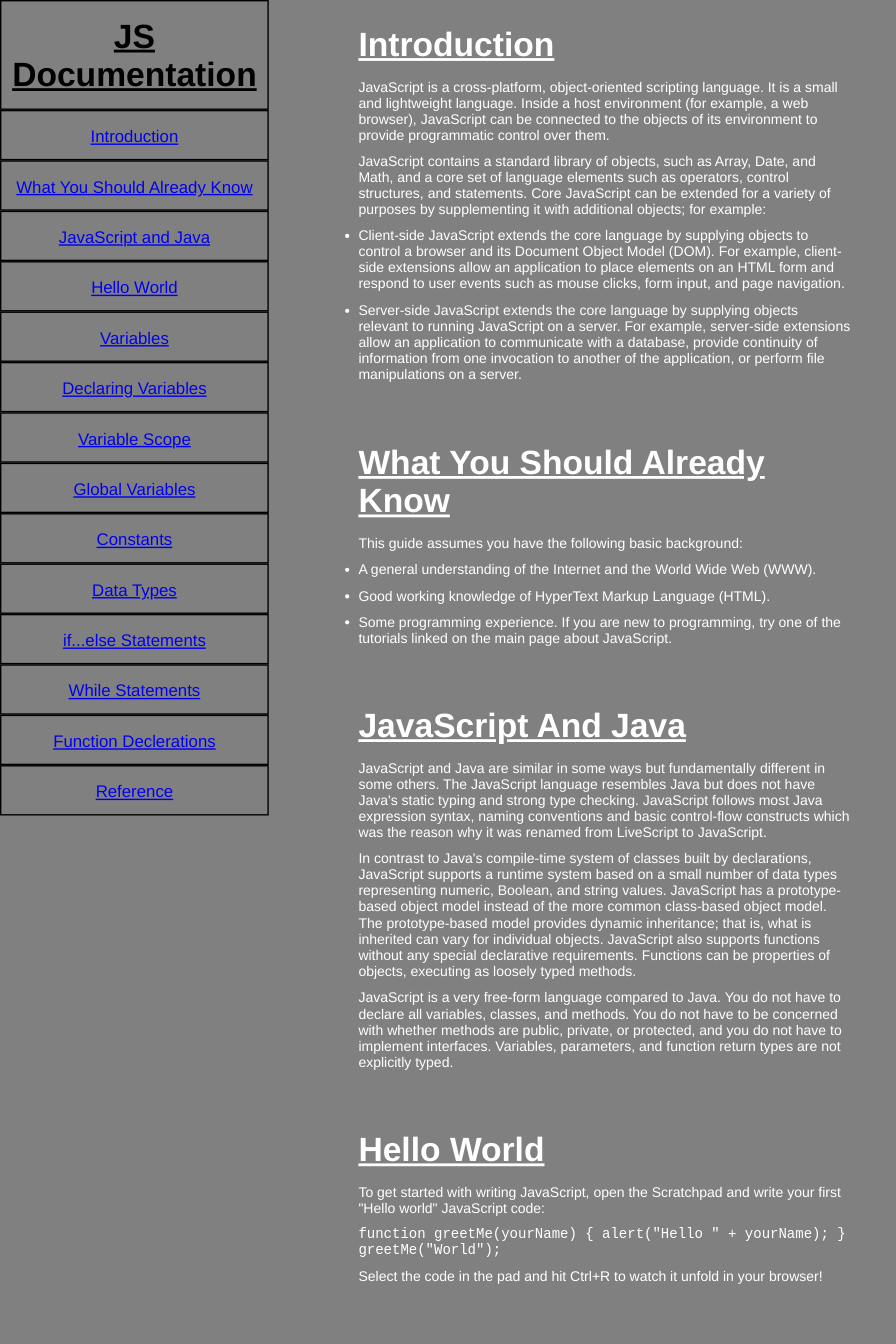
Repository: ctcoleman/technicalDocumentationPage
Page: index.html
The author's editor kept a copy of each file at every save. The page is drawn from the files as they stood at one save, then again after the next save.
The browser window is 1280 px wide. The pictures show the part of the page from y = 0 to 1920 px (the page is 6342 px tall), at 70% of full size.

Above is the page before, as saved 2020-07-10 20:04:47.

### index.html
<!DOCTYPE html>
<html lang="en">

<head>
  <meta charset="UTF-8">
  <meta name="viewport" content="width=device-width, initial-scale=1.0">
  <title>FCC: Technical Documentation Page</title>
  <link type="text/css" rel="stylesheet" href="/assets/stylesheets/style.css">
</head>

<body>

  <nav id="navbar">
    <header id="main-heading">
      <h1>JS Documentation</h1>
    </header>
    <div class="nav-container">
      <a class="nav-link" href="#introduction">Introduction</a>
      <a class="nav-link" href="#what_you_should_already_know">What You Should Already Know</a>
      <a class="nav-link" href="#javaScript_and_java">JavaScript and Java</a>
      <a class="nav-link" href="#hello_world">Hello World</a>
      <a class="nav-link" href="#variables">Variables</a>
      <a class="nav-link" href="#declaring_variables">Declaring Variables</a>
      <a class="nav-link" href="#variable_scope">Variable Scope</a>
      <a class="nav-link" href="#global_variables">Global Variables</a>
      <a class="nav-link" href="#constants">Constants</a>
      <a class="nav-link" href="#data_types">Data Types</a>
      <a class="nav-link" href="#if...else_statements">if...else Statements</a>
      <a class="nav-link" href="#while_statements">While Statements</a>
      <a class="nav-link" href="#function_declerations">Function Declerations</a>
      <a class="nav-link" href="#reference">Reference</a>
    </div>
  </nav>

  <main id="main-doc">

    <section class="main-section" id="introduction">
      <header class="topic-header">
        <h2>Introduction</h2>
      </header>
      <article>
        <p>
          JavaScript is a cross-platform, object-oriented scripting language. It is a small and lightweight language.
          Inside a host environment (for example, a web browser), JavaScript can be connected to the objects of its
          environment to provide programmatic control over them.
        </p>
        <p>
          JavaScript contains a standard library of objects, such as Array, Date, and Math, and a core set of language
          elements such as operators, control structures, and statements. Core JavaScript can be extended for a variety
          of purposes by supplementing it with additional objects; for example:
        <ul>
          <li>Client-side JavaScript extends the core language by supplying objects to control a browser and its
            Document Object Model (DOM). For example, client-side extensions allow an application to place elements on
            an HTML form and respond to user events such as mouse clicks, form input, and page navigation.</li>
          <li>Server-side JavaScript extends the core language by supplying objects relevant to running JavaScript on a
            server. For example, server-side extensions allow an application to communicate with a database, provide
            continuity of information from one invocation to another of the application, or perform file manipulations
            on a server.</li>
        </ul>
        </p>
      </article>
    </section>

    <section class="main-section" id="what_you_should_already_know">
      <header class="topic-header">
        <h2>What You Should Already Know</h2>
      </header>
      <article>
        <p>
          This guide assumes you have the following basic background:
        <ul>
          <li>A general understanding of the Internet and the World Wide Web (WWW).
          </li>
          <li>Good working knowledge of HyperText Markup Language (HTML).
          </li>
          <li>Some programming experience. If you are new to programming, try one of the tutorials linked on the main
            page about JavaScript.
          </li>
        </ul>
        </p>
      </article>
    </section>

    <section class="main-section" id="javaScript_and_java">
      <header class="topic-header">
        <h2>JavaScript And Java</h2>
      </header>
      <article>
        <p>
          JavaScript and Java are similar in some ways but fundamentally different in some others. The JavaScript
          language resembles Java but does not have Java's static typing and strong type checking. JavaScript follows
          most Java expression syntax, naming conventions and basic control-flow constructs which was the reason why it
          was renamed from LiveScript to JavaScript.
        </p>
        <p>
          In contrast to Java's compile-time system of classes built by declarations, JavaScript supports a runtime
          system based on a small number of data types representing numeric, Boolean, and string values. JavaScript has
          a prototype-based object model instead of the more common class-based object model. The prototype-based model
          provides dynamic inheritance; that is, what is inherited can vary for individual objects. JavaScript also
          supports functions without any special declarative requirements. Functions can be properties of objects,
          executing as loosely typed methods.
        </p>
        <p>
          JavaScript is a very free-form language compared to Java. You do not have to declare all variables, classes,
          and methods. You do not have to be concerned with whether methods are public, private, or protected, and you
          do not have to implement interfaces. Variables, parameters, and function return types are not explicitly
          typed.
        </p>
      </article>
    </section>

    <section class="main-section" id="hello_world">
      <header class="topic-header">
        <h2>Hello World</h2>
      </header>
      <article>
        <p>
          To get started with writing JavaScript, open the Scratchpad and write your first "Hello world" JavaScript
          code:
        </p>
        <code>
          function greetMe(yourName) { alert("Hello " + yourName); }<br>
          greetMe("World");
        </code>
        <p>
          Select the code in the pad and hit Ctrl+R to watch it unfold in your browser!
        </p>
      </article>
    </section>

    <section class="main-section" id="variables">
      <header class="topic-header">
        <h2>Variables</h2>
      </header>
      <article>
        <p>
          You use variables as symbolic names for values in your application. The names of variables, called
          identifiers, conform to certain rules.
        </p>
        <p>
          A JavaScript identifier must start with a letter, underscore (_), or dollar sign ($); subsequent characters
          can also be digits (0-9). Because JavaScript is case sensitive, letters include the characters "A" through "Z"
          (uppercase) and the characters "a" through "z" (lowercase).
        </p>
        <p>
          You can use ISO 8859-1 or Unicode letters such as å and ü in identifiers. You can also use the Unicode escape
          sequences as characters in identifiers. Some examples of legal names are Number_hits, temp99, and _name.
        </p>
      </article>
    </section>

    <section class="main-section" id="declaring_variables">
      <header class="topic-header">
        <h2>Declaring Variables</h2>
      </header>
      <article>
        <p>
          You can declare a variable in three ways:
        </p>
        <p>
          With the keyword var. For example,
          <code> var x = 42</code>
          This syntax can be used to declare both local and global variables.
        </p>
        <p>
          By simply assigning it a value. For example,
          <code>x = 42</code>
          This always declares a global variable. It generates a strict JavaScript warning. You shouldn't use this
          variant.
        </p>
        <p>
          With the keyword let. For example,
          <code>let y = 13</code>
          This syntax can be used to declare a block scope local variable. See Variable scope below.
        </p>
      </article>
    </section>

    <section class="main-section" id="variable_scope">
      <header class="topic-header">
        <h2>Variable Scope</h2>
      </header>
      <article>
        <p>
          When you declare a variable outside of any function, it is called a global variable, because it is available
          to any other code in the current document. When you declare a variable within a function, it is called a local
          variable, because it is available only within that function.
        </p>
        <p>
          JavaScript before ECMAScript 2015 does not have block statement scope; rather, a variable declared within a
          block is local to the function (or global scope) that the block resides within. For example the following code
          will log 5, because the scope of x is the function (or global context) within which x is declared, not the
          block, which in this case is an if statement.
          <code>if (true) { var x = 5; } console.log(x); // 5</code>
        </p>
        <p>
          This behavior changes, when using the let declaration introduced in ECMAScript 2015.
          <code>if (true) { let y = 5; } console.log(y); // ReferenceError: y is not<br>
          defined</code>
        </p>
      </article>
    </section>

    <section class="main-section" id="global_variables">
      <header class="topic-header">
        <h2>Global Variables</h2>
      </header>
      <article>
        <p>
          Global variables are in fact properties of the global object. In web pages the global object is window, so you
          can set and access global variables using the window.variable syntax.
        </p>
        <p>
          Consequently, you can access global variables declared in one window or frame from another window or frame by
          specifying the window or frame name. For example, if a variable called phoneNumber is declared in a document,
          you can refer to this variable from an iframe as parent.phoneNumber.
        </p>
      </article>
    </section>

    <section class="main-section" id="constants">
      <header class="topic-header">
        <h2>Constants</h2>
      </header>
      <article>
        <p>
          You can create a read-only, named constant with the const keyword. The syntax of a constant identifier is the
          same as for a variable identifier: it must start with a letter, underscore or dollar sign and can contain
          alphabetic, numeric, or underscore characters.
          <code>const PI = 3.14;</code>
        </p>
        <p>
          A constant cannot change value through assignment or be re-declared while the script is running. It has to be
          initialized to a value.
          <br>
          The scope rules for constants are the same as those for let block scope variables. If the const keyword is
          omitted, the identifier is assumed to represent a variable.
          <br>
          You cannot declare a constant with the same name as a function or variable in the same scope. For example:
          <code>
            // THIS WILL CAUSE AN ERROR<br> function f() {}; const f = 5;<br> // THIS WILL
            CAUSE AN ERROR ALSO<br> function f() { const g = 5; var g; //statements
            }
          </code>
        </p>
        <p>
          However, object attributes are not protected, so the following statement is executed without problems.

          <code>
            const MY_OBJECT = {"key": "value"}; MY_OBJECT.key = "otherValue";
          </code>
        </p>
      </article>
    </section>

    <section class="main-section" id="data_types">
      <header class="topic-header">
        <h2>Data Types</h2>
      </header>
      <article>
        <p>
          The latest ECMAScript standard defines seven data types:
        <ul>
          <li>Six data types that are primitives:</li>
          <ul>
            <li>Boolean. true and false.</li>
            <li>null. A special keyword denoting a null value. Because JavaScript is case-sensitive, null is not the
              same as Null, NULL,
              or any other variant.</li>
            <li>undefined. A top-level property whose value is undefined.</li>
            <li>Number. 42 or 3.14159.</li>
            <li>String. "Howdy"</li>
            <li>Symbol (new in ECMAScript 2015). A data type whose instances are unique and immutable.</li>
          </ul>
          <li>and Object</li>
        </ul>
        </p>
        <p>

        </p>
      </article>
    </section>

    <section class="main-section" id="if...else_statements">
      <header class="topic-header">
        <h2>if...else Statements</h2>
      </header>
      <article>
        <p>
        <ul>
          <li></li>
          <li></li>
        </ul>
        </p>
        <p>

        </p>
      </article>
    </section>

    <section class="main-section" id="while_statements">
      <header class="topic-header">
        <h2>While Statements</h2>
      </header>
      <article>
        <p>
          A while statement executes its statements as long as a specified condition evaluates to true. A while
          statement looks as
          follows:
          <code>while (condition) statement</code>
        </p>
        <p>
          If the condition becomes false, statement within the loop stops executing and control passes to the statement
          following the loop.
          <br>
          The condition test occurs before statement in the loop is executed. If the condition returns true, statement
          is executed and the condition is tested again. If the condition returns false, execution stops and control is
          passed to the statement following while.
        </p>
        <p>
          IfTo execute multiple statements, use a block statement ({ ... }) to group those statements.
          <br>
          Example:
          <br>
          The following while loop iterates as long as n is less than three:
          <code>
            var n = 0; var x = 0; while (n < 3) { n++; x +=n; }
          </code>
        </p>
        <p>
          With each iteration, the loop increments n and adds that value to x. Therefore, x and n take on the following
          values:
        <ul>
          <li>
            After the first pass: n = 1 and x = 1\
          </li>
          <li>
            After the second pass: n = 2 and x = 3
          </li>
          <li>
            After the third pass: n = 3 and x = 6
          </li>
        </ul>
        After completing the third pass, the condition n < 3 is no longer true, so the loop terminates. </p>
      </article>
    </section>

    <section class="main-section" id="function_declerations">
      <header class="topic-header">
        <h2>Function Declerations</h2>
      </header>
      <article>
        <p>
          A function definition (also called a function declaration, or function statement) consists of the function
          keyword, followed by:
        <ul>
          <li>The name of the function.</li>
          <li>A list of arguments to the function, enclosed in parentheses and separated by commas.</li>
          <li>The JavaScript statements that define the function, enclosed in curly brackets, { }</li>
        </ul>
        </p>
        For example, the following code defines a simple function named square:
        <code>function square(number) { return number * number; }</code>
        The function square takes one argument, called number. The function consists of one statement that says to
        return the
        argument of the function (that is, number) multiplied by itself. The return statement specifies the value
        returned by
        the function.
        <code>return number * number;</code>

        <p>
          Primitive parameters (such as a number) are passed to functions by value; the value is passed to the function,
          but if the function changes the value of the parameter, this change is not reflected globally or in the
          calling function.
        </p>
      </article>
    </section>

    <section class="main-section" id="reference">
      <header class="topic-header">
        <h2>Reference</h2>
      </header>
      <article>
        <p>
          All the documentation in this page is taken from MDN
          <p />
      </article>
    </section>

    <footer id="footer-wrapper">
      <span>Copywright &copy; Coleman Sites</span>
    </footer>
  </main>
  <script src="https://cdn.freecodecamp.org/testable-projects-fcc/v1/bundle.js"></script>
</body>

</html>

### assets/stylesheets/style.css
/** Basic Styling **/
* {
  margin: 0;
  padding: 0;
  outline: 0;
  box-sizing: border-box;
}

body {
 background: grey;
 color: white;
 -webkit-font-smoothing: antialiased;
 display: flex;
}

body,
input,
button {
 font-size: 62.5%;
 font-family: 'Helvetica';
}

button {
 cursor: pointer;
}

/** NavBar Styling **/
#navbar {
  width: 30vw;
}

/** Heading Stying **/

#main-heading {
  padding: 3vh 1vw;
  width: 30vw;
  text-align: center;
  text-decoration: underline;
  color: black;
  border: 2px solid black;
}

#main-heading h1 {
  font-size: 3rem;
}

/** Navigation Links Styling **/

.nav-container {
  text-align: center;
  position: fixed;
  left: 0;
  display: flex;
  flex-direction: column;
}

.nav-container .nav-link {
  display: inline-block;
  width: 30vw;
  height: 10vh;
  padding: 3vh 1vw;
  border: 2px solid black;
  font-size: 1.5rem;
}

/** Main Content Styling **/

#main-doc {
  display: flex;
  flex-direction: column;
}

.main-section {
  padding: 5vh 5vw;
  width: 65vw;
  margin-left: 5vw;
}

.main-section .topic-header {
  font-size: 2rem;
  text-decoration: underline;
  margin-bottom: 3vh;
}

.main-section article p,
.main-section article li,
.main-section article code {
  font-size: 1.25rem;
  margin: 2vh 0;
}
/** Footer Styling **/

After the next save:
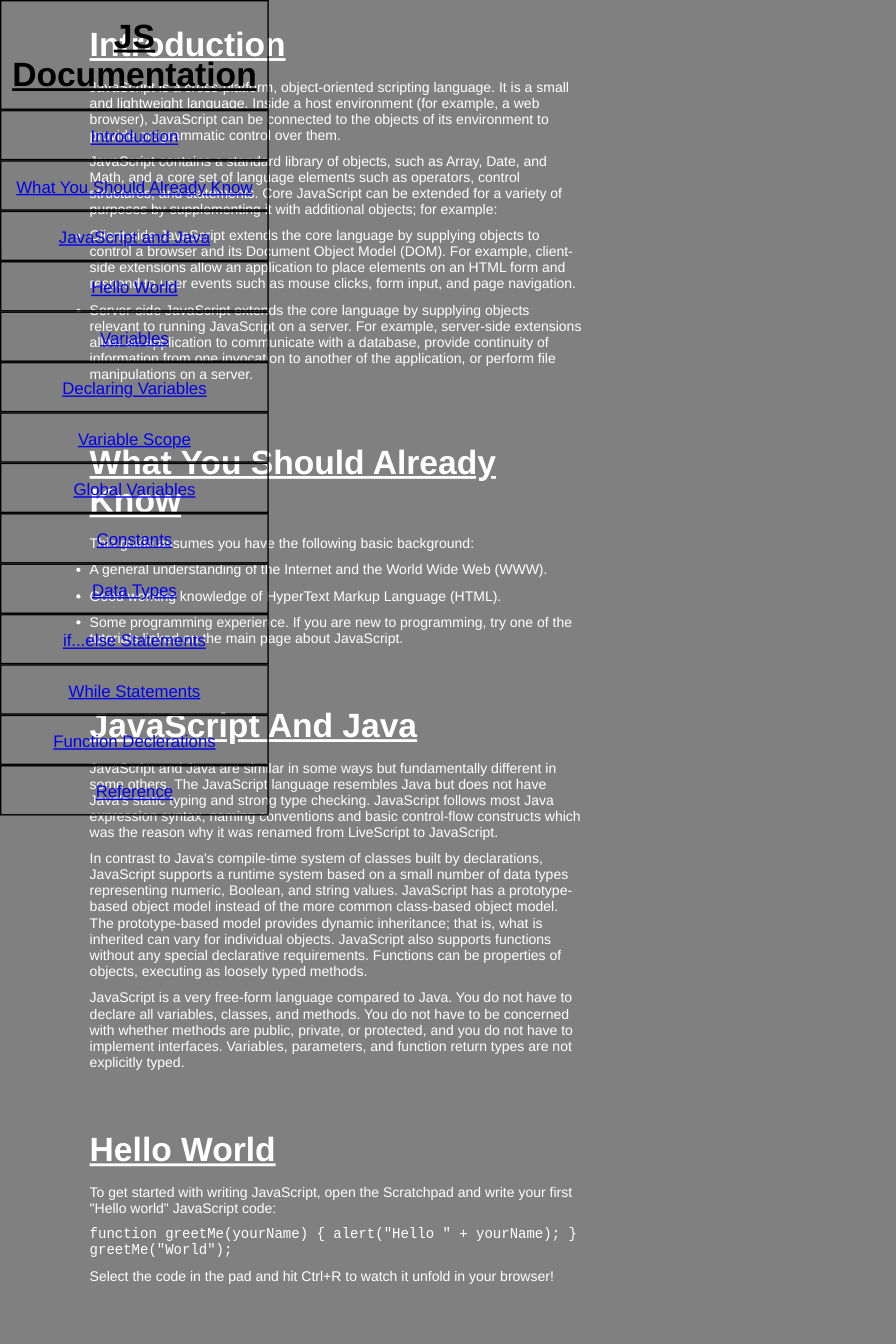
Saved 41 s later.
--- a/assets/stylesheets/style.css
+++ b/assets/stylesheets/style.css
@@ -27,6 +27,8 @@
 /** NavBar Styling **/
 #navbar {
   width: 30vw;
+  position: fixed;
+  left: 0;
 }
 
 /** Heading Stying **/
@@ -48,8 +50,6 @@
 
 .nav-container {
   text-align: center;
-  position: fixed;
-  left: 0;
   display: flex;
   flex-direction: column;
 }

After the 2 saves that followed:
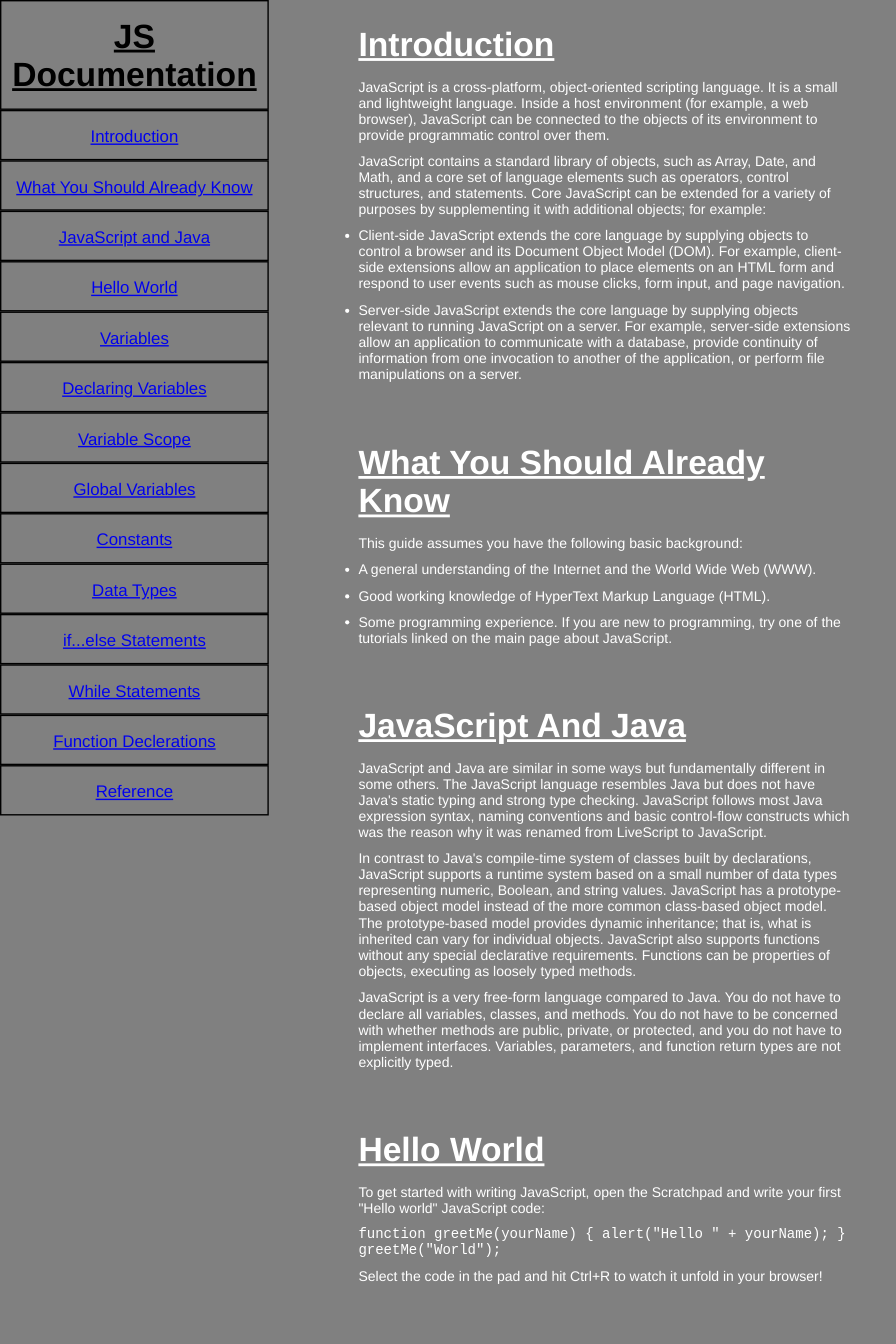
The 2 saves are shown as one change because 1 left the picture as it was.
The last was saved 21 s later.
--- a/assets/stylesheets/style.css
+++ b/assets/stylesheets/style.css
@@ -27,7 +27,7 @@
 /** NavBar Styling **/
 #navbar {
   width: 30vw;
-  position: fixed;
+  position: ;
   left: 0;
 }
 
